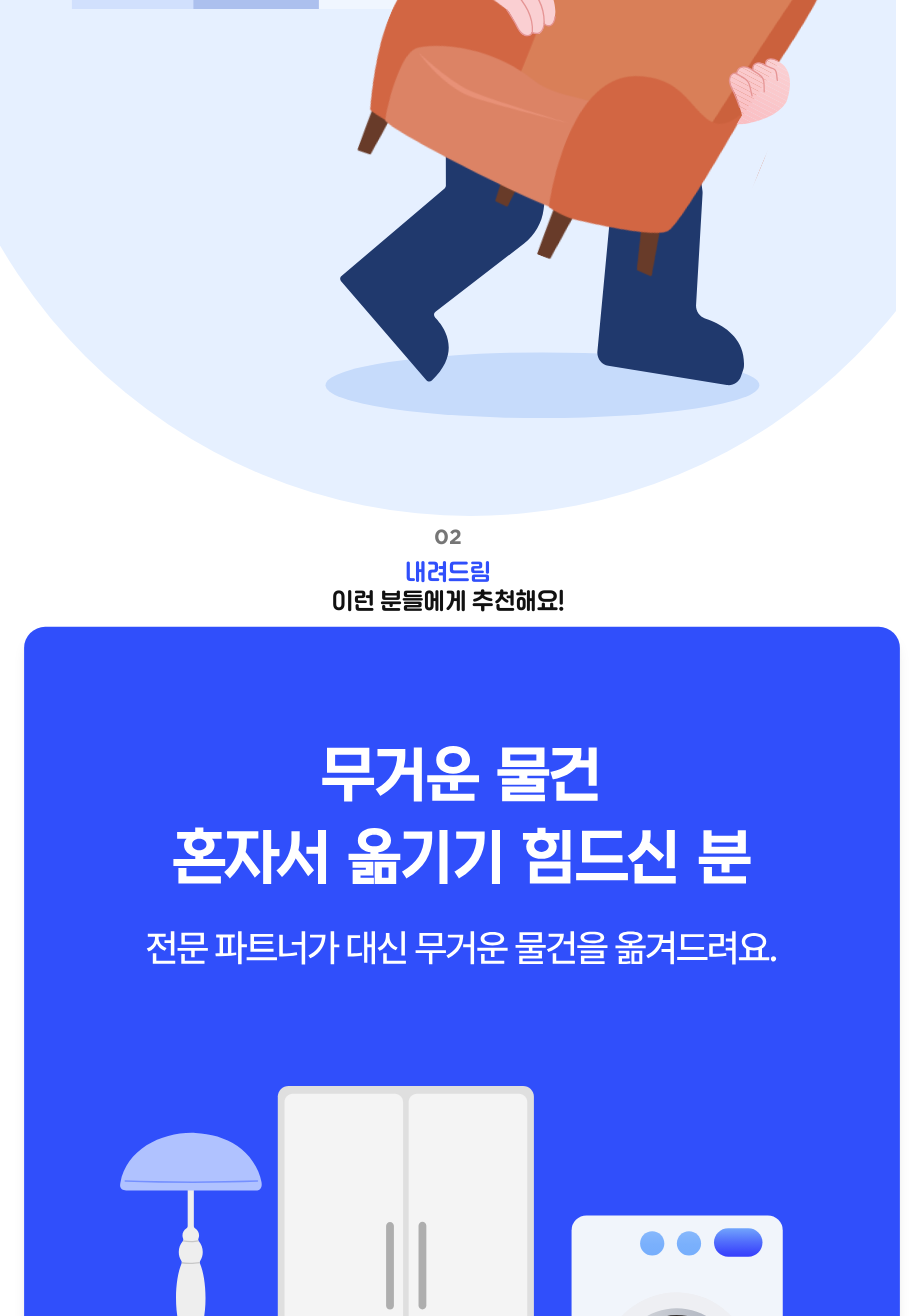
Repository: seraLeeDev/lgthinq-test
Page: index2.html
An editor plug-in stored every save of this project. The page is shown before and after the next save, followed by the edit.
The browser window is 1280 px wide. The page is 1320 px wide, then 1280 px, so the pictures cover 1320 px, including what lies to the right of the window. The pictures show the part of the page from y = 4620 to 6500 px (the page is 15135 px tall), at 70% of full size.
Some web fonts or font styles are not loaded; a fallback is used.

Above is the page before, as saved 2023-03-14 17:44:36.
Console error: ReferenceError: AOS is not defined

### index2.html
<!DOCTYPE html>
<html lang="ko">
  <head>
    <meta charset="UTF-8" />
    <meta http-equiv="X-UA-Compatible" content="IE=edge" />
    <meta name="viewport" content="width=device-width, initial-scale=1.0" />
    <title>빼기 | 새롭게 버리는 공식</title>
    <link as="style" rel="stylesheet" href="/css/reset.css" />
    <link as="style" rel="stylesheet" href="/css/font.css" />
    <link as="style" rel="stylesheet" href="/css/style.css" />
    <link href="https://unpkg.com/aos@2.3.1/dist/aos.css" rel="stylesheet" />
    <link
      rel="stylesheet"
      href="https://cdn.jsdelivr.net/gh/orioncactus/pretendard@v1.3.5/dist/web/static/pretendard-dynamic-subset.css"
    />
    <link
      rel="apple-touch-icon"
      sizes="57x57"
      href="/icons/apple-icon-57x57.png"
    />
    <link
      rel="apple-touch-icon"
      sizes="60x60"
      href="/icons/apple-icon-60x60.png"
    />
    <link
      rel="apple-touch-icon"
      sizes="72x72"
      href="/icons/apple-icon-72x72.png"
    />
    <link
      rel="apple-touch-icon"
      sizes="76x76"
      href="/icons/apple-icon-76x76.png"
    />
    <link
      rel="apple-touch-icon"
      sizes="114x114"
      href="/icons/apple-icon-114x114.png"
    />
    <link
      rel="apple-touch-icon"
      sizes="120x120"
      href="/icons/apple-icon-120x120.png"
    />
    <link
      rel="apple-touch-icon"
      sizes="144x144"
      href="/icons/apple-icon-144x144.png"
    />
    <link
      rel="apple-touch-icon"
      sizes="152x152"
      href="/icons/apple-icon-152x152.png"
    />
    <link
      rel="apple-touch-icon"
      sizes="180x180"
      href="/icons/apple-icon-180x180.png"
    />
    <link
      rel="icon"
      type="image/png"
      sizes="192x192"
      href="/icons/android-icon-192x192.png"
    />
    <link
      rel="icon"
      type="image/png"
      sizes="32x32"
      href="/icons/favicon-32x32.png"
    />
    <link
      rel="icon"
      type="image/png"
      sizes="96x96"
      href="/icons/favicon-96x96.png"
    />
    <link
      rel="icon"
      type="image/png"
      sizes="16x16"
      href="/icons/favicon-16x16.png"
    />
    <script type="text/javascript" src="/js/index.js"></script>
    <script src="https://unpkg.com/aos@2.3.1/dist/aos.js"></script>
  </head>
  <body>
    <div class="wrapper">
      <!-- 메인 -->
      <article class="article-box">
        <div class="box-img-full">
          <img src="./img/[LG ThinQ] main img.gif" alt="내려드림,할인드림" />
        </div>
        <div class="main-notice">
          <p>광명 푸르지오 센트베르에 거주하시는 분들에게만 적용됩니다.</p>
        </div>
      </article>
      <!-- ThinQ & 빼기 설명 -->
      <article></article>
      <!-- 내려드림 소개 -->
      <article>
        <!-- 01. 내려드림 서비스란? -->
        <section>
          <div class="box-content sec1">
            <b class="index text-blue-04-variation">01</b>
            <h2 class="GGothic h2">내려드림 서비스란?</h2>
            <p class="section-desc">
              빼기의 전문 파트너가 고객님의 집에 방문하여<br />
              대형 가전/가구와 같은 물품을<br />
              건물 밖으로 운반해주는 서비스에요.
            </p>
            <small class="section-caption text-blue-03"
              >*수거필증 구매 및 배출신고는 제외</small
            >
          </div>
          <div class="box-img-bubble">
            <img
              src="/img/01_bubble.svg"
              alt="빼기 파트너가 옮겨드려요 말풍선"
            />
          </div>
          <div class="box-img-full">
            <img src="/img/01_illust.svg" alt="사람이 물건을 옮기는 일러스트" />
          </div>
        </section>
        <!-- 02. 내려드림 추천 -->
        <section>
          <div class="box-content">
            <b class="index text-gray76">02</b>
            <h2 class="GGothic h2">
              <span class="text-blue-02">내려드림</span><br />
              이런 분들에게 추천해요!
            </h2>
          </div>

          <ul class="img-card-list">
            <li>
              <img src="./img/02_illust_1.svg" alt="무거운 물건 일러스트" />
            </li>
            <li>
              <img src="./img/02_illust_2.svg" alt="저렴한 가격 일러스트" />
            </li>
            <li>
              <img src="./img/02_illust_3.svg" alt="카드 결제 일러스트" />
            </li>
          </ul>
        </section>
        <!-- 03. 가격 설명 -->
        <section class="bg-receipt">
          <div class="box-content">
            <b class="index text-blue-04">03</b>
            <h2 class="GGothic h2">
              타 업체보다 <br /><span class="text-blue-etc text-highlight"
                >평균 40% 저렴</span
              >해요!
            </h2>
            <p class="section-desc">
              타 업체 견적가 데이터 기준으로<br />
              비교한 금액이에요.
            </p>
          </div>
          <ul class="img-card-list">
            <li>
              <img src="./img/03_illust_1.svg" alt="2인용 소파 가격 그래프" />
            </li>
            <li>
              <img src="./img/03_illust_2.svg" alt="2단 서랍장 가격 그래프" />
            </li>
          </ul>
        </section>
        <!-- 04. 내려드림 신청 방법 -->
        <section class="bg-blue02">
          <div class="box-content">
            <b class="index text-blue-04">04</b>
            <h2 class="GGothic h2 text-white">내려드림 신청 방법</h2>

            <div>
              <span class="box-chip GGothic text-white bg-orange02 font-normal"
                >신청 전 확인하기</span
              >
              <p class="text-white section-desc sec4">
                <span class="text-yellow"
                  >이벤트 페이지에서 앱으로 설치·이동 후 <br />회원가입</span
                >을 해주세요
              </p>
            </div>
            <div class="bg-indigo box-caution">
              <small class="text-indigo text-caution"
                >이벤트 페이지를 통하지 않으면 할인 혜택을 받기 어려워요.<br />
                꼭! 이벤트 페이지를 통해 빼기 앱을 설치해주세요.</small
              >
            </div>
            <div>
              <span class="box-chip GGothic text-white bg-lightblue Gotham"
                >STEP 01</span
              >
              <p class="text-white section-desc sec4">
                메인 - 대형폐기물 탭 - 대신 버려주세요
              </p>
            </div>

            <div>
              <span class="box-chip GGothic text-white bg-lightblue Gotham"
                >STEP 02</span
              >
              <p class="text-white section-desc sec4">
                물품 정보 입력 후 신청페이지에서<br />
                배출물품을 내려놓을 장소를 입력해주세요.
              </p>
            </div>
            <div>
              <span class="box-chip GGothic text-white bg-lightblue Gotham"
                >STEP 03</span
              >
              <p class="text-white section-desc sec4">
                파트너님이 방문해서<br />
                지정하신 장소에 물품을 내려드려요.
              </p>
            </div>
            <div>
              <span class="box-chip GGothic text-white bg-lightblue Gotham"
                >STEP 04</span
              >
              <p class="text-white section-desc sec4">
                작업 완료 후 고객님이<br />
                수거필증을 구매해주셔야해요.
              </p>
            </div>
            <div>
              <span class="box-chip GGothic text-white bg-lightblue Gotham"
                >STEP 05</span
              >
              <p class="text-white section-desc sec4">
                수거필증 결제 후 제공되는 빼기 번호를<br />
                배출 물품에 떨어지지 않도록 부착해주세요.
              </p>
            </div>
          </div>
        </section>
      </article>
      <!-- 05 : 자주묻는 질문-->
      <article class="bg-black">
        <section>
          <div class="box-content">
            <b class="index text-blue-02">05</b>
            <h2 class="GGothic h2 text-white">자주 묻는 질문</h2>
            <p class="section-desc text-grayb9">
              내려드림과 관련한<br />
              자주 묻는 질문을 정리해뒀어요.
            </p>
          </div>

          <ul class="faq-list">
            <li>
              <div class="faq-head">
                <h5 class="font-bold text-question">Q. 내려드림이 뭐에요?</h5>
                <i class="btn-faq-toggle">
                  <img src="/img/icon_plus_24_black.svg" alt="플러스 버튼" />
                </i>
              </div>
              <p class="text-answer font-normal">
                내려드림이란 빼기의 전문 파트너가 고객님의 집에 방문하여 대형
                가전/가구와 같은 물품을 건물 밖으로 운반해주는 서비스입니다.
              </p>
            </li>
            <li>
              <div class="faq-head">
                <h5 class="font-bold text-question">
                  Q. 수거 필증을 왜 구매해야 하나요?
                </h5>
                <i class="btn-faq-toggle">
                  <img src="/img/icon_plus_24_black.svg" alt="플러스 버튼" />
                </i>
              </div>
              <p class="text-answer font-normal">
                지자체에서 발급되는 수거필증을 구매해야만 내려드림으로 신청하신
                물품이 수거가 됩니다.
              </p>
            </li>
            <li>
              <div class="faq-head">
                <h5 class="font-bold text-question">
                  Q. ThinQ 회원 5% 할인은 어떻게 받나요?
                </h5>
                <i class="btn-faq-toggle">
                  <img src="/img/icon_plus_24_black.svg" alt="플러스 버튼" />
                </i>
              </div>
              <p class="text-answer font-normal">
                이벤트 페이지 내 버튼을 통하여 빼기 앱 설치 후 광명 푸르지오
                센트베르 거주자에 한하여 할인 혜택이 적용됩니다.
              </p>
            </li>
            <li>
              <div class="faq-head">
                <h5 class="font-bold text-question">
                  Q. 일정 변경이 가능한가요?
                </h5>
                <i class="btn-faq-toggle">
                  <img src="/img/icon_plus_24_black.svg" alt="플러스 버튼" />
                </i>
              </div>
              <p class="text-answer font-normal">
                파트너 매칭 전에는 일정 변경이 언제든 가능하며, 파트너 매칭 후
                일정 변경을 희망하실 경우, 매칭 된 빼기 파트너와 직접 일정을
                협의하셔야 합니다.
              </p>
            </li>
            <li>
              <div class="faq-head">
                <h5 class="font-bold text-question">Q. 그 외 질문</h5>
                <i class="btn-faq-toggle">
                  <img src="/img/icon_plus_24_black.svg" alt="플러스 버튼" />
                </i>
              </div>
              <div>
                <p class="text-answer font-normal">
                  빼기 FAQ 페이지에서 더 많은 질문을 확인할 수 있습니다.
                </p>
                <a class="btn-faq-link">다른 질문 확인하기</a>
              </div>
            </li>
          </ul>
        </section>
        <footer>
          <div class="box-img-full">
            <img src="/img/banner.svg" alt="내려드림 이동 배너" />
          </div>
          <div class="footer-logo">
            <p class="text-white">새롭게 버리는 공식</p>
            <img src="/img/bbegi_app_logo.svg" alt="빼기 로고" />
          </div>
        </footer>
      </article>
      <!-- 플로팅 버튼 -->
      <div class="box-float">
        <button class="btn-float font-bold">빼기 바로가기</button>
      </div>
    </div>
  </body>
</html>

### css/font.css
@charset "UTF-8";

@font-face {
  font-family: "Pretendard";
  src: url("https://cdn.jsdelivr.net/gh/orioncactus/pretendard@v1.3.5/dist/web/static/pretendard-dynamic-subset.css");
}

@font-face {
  font-family: "HGSoftGGothicssi";
  font-style: normal;
  font-weight: 100;
  src: url(/font/HGSoftGGothicssi-00g.woff2) format("woff2"),
    url(/font/HGSoftGGothicssi-00g.woff) format("woff"),
    url(/font/HGSoftGGothicssi-00g.otf) format("opentype");
}

@font-face {
  font-family: "HGSoftGGothicssi";
  font-style: normal;
  font-weight: 200;
  src: url(/font/HGSoftGGothicssi-20g.woff2) format("woff2"),
    url(/font/HGSoftGGothicssi-20g.woff) format("woff"),
    url(/font/HGSoftGGothicssi-20g.otf) format("opentype");
}

@font-face {
  font-family: "HGSoftGGothicssi";
  font-style: normal;
  font-weight: 400;
  src: url(/font/HGSoftGGothicssi-40g.woff2) format("woff2"),
    url(/font/HGSoftGGothicssi-40g.woff) format("woff"),
    url(/font/HGSoftGGothicssi-40g.otf) format("opentype");
}

@font-face {
  font-family: "HGSoftGGothicssi";
  font-style: normal;
  font-weight: 600;
  src: url(/font/HGSoftGGothicssi-60g.woff2) format("woff2"),
    url(/font/HGSoftGGothicssi-60g.woff) format("woff"),
    url(/font/HGSoftGGothicssi-60g.otf) format("opentype");
}

@font-face {
  font-family: "HGSoftGGothicssi";
  font-style: normal;
  font-weight: 800;
  src: url(/font/HGSoftGGothicssi-80g.woff2) format("woff2"),
    url(/font/HGSoftGGothicssi-80g.woff) format("woff"),
    url(/font/HGSoftGGothicssi-80g.otf) format("opentype");
}

@font-face {
  font-family: "HGSoftGGothicssi";
  font-style: normal;
  font-weight: 900;
  src: url(/font/HGSoftGGothicssi-90g.woff2) format("woff2"),
    url(/font/HGSoftGGothicssi-90g.woff) format("woff"),
    url(/font/HGSoftGGothicssi-90g.otf) format("opentype");
}

@font-face {
  font-family: "Gotham";
  font-style: normal;
  font-weight: 700;
  src: url(/font/Gotham-Bold.woff2) format("woff2"),
    url(/font/Gotham-Bold.woff) format("woff"),
    url(/font/Gotham-Bold.otf) format("opentype");
}

### css/style.css
@charset "UTF-8";
/*
*
* TYPOGRAPHY
*
*/
html,
body,
.wrapper {
  font-family: "Pretendard", sans-serif !important;
  font-size: 10px; /*1rem: 10px*/
}
.GGothic {
  font-family: "HGSoftGGothicssi", sans-serif !important;
}
.Gotham {
  font-family: "Gotham", sans-serif !important;
}
.font-normal {
  font-weight: 400 !important;
}
.font-semiBold {
  font-weight: 600 !important;
}
.font-bold {
  font-weight: 800 !important;
}
.font-extraBold {
  font-weight: 900 !important;
}
.index {
  font-family: "Gotham", sans-serif !important;
  font-size: 6rem;
}
.h2 {
  margin-bottom: 12px;
  text-align: center;
  font-size: 7rem !important;
  line-height: 0.6;
  color: #111;
}
.section-desc {
  font-size: 1.8rem;
  line-height: 1.3;
  color: #6a6a6a;
  letter-spacing: -0.5px;
}
.section-caption {
  display: inline-block;
  margin-top: 22px;
  font-size: 13px;
}
.text-gray-01 {
  color: #111111 !important;
}
.text-blue-02 {
  color: #304ffb !important;
}
.text-blue-03 {
  color: #5980f9 !important;
}
.text-blue-04 {
  color: #8fb5ff !important;
}
.text-blue-04-variation {
  color: #98c1ff !important;
}
.text-blue-etc {
  color: #2285fa !important;
}
.text-indigo {
  color: #9aa9ff !important;
}
.text-white {
  color: #fff;
}
.text-grayb9 {
  color: #b9b9b9 !important;
}
.text-gray76 {
  color: #767676 !important;
}
.text-yellow {
  color: #ffed8f !important;
}
.index {
  margin-bottom: 15px;
}
.text-caution {
  font-size: 1.2rem;
  line-height: 1.2;
}
.text-question {
  font-size: 1.8rem;
}
.text-answer {
  width: 90%;
  margin-top: 20px;
  font-size: 1.6rem;
  line-height: 1.2;
}
.text-answer::before {
  content: "•";
  padding-right: 5px;
}
/*
*
* COMMON
*
*/

.box-img-full {
  width: 100%;
}
.box-img-full img {
  width: 100%;
  vertical-align: bottom;
}
.box-content {
  width: 100%;
  text-align: center;
}
.box-content .sec1 {
  padding: 90px 54px 0;
}
.box-caution {
  padding: 40px;
}
.box-float {
  position: fixed;
  bottom: 135px;
  display: flex;
  justify-content: center;
  align-items: center;
  width: 100%;
  height: 75px;
}
.box-chip {
  padding: 0.5rem 1.5rem;
  font-size: 2.8rem;
  font-weight: 700;
  border-radius: 50px;
  color: white;
  text-align: center;
  letter-spacing: 0;
}
.bg-orange02 {
  background-color: #f78752 !important;
}
.bg-lightblue {
  background-color: #7d9aff !important;
}
.bg-blue02 {
  background-color: #304ffb !important;
}
.bg-indigo {
  background-color: #192250 !important;
}
.bg-black {
  background-color: #262626 !important;
}
.img-card-list {
  width: 100%;
  padding: 0 20px;
}
.img-card-list li img {
  width: 100%;
}
/* article 1 style */
.main-notice {
  width: 100%;
  padding: 10px 0;
  background: #0e1222;
}
.main-notice p {
  width: 100%;
  text-align: center;
  font-size: 1.2rem;
  color: #fff;
}

.box-img-bubble {
  width: 150px;
}
.box-img-bubble img {
  width: 100%;
}

/* article 2 style */
/* article 3 style */
.text-highlight {
  padding: 0 5px;
  background: url(/img/marker_line.svg) no-repeat 50% 120%;
  background-size: 100%;
}
/* article 4 style */
.section-desc .sec4 {
  letter-spacing: -0.3px;
  font-weight: 400;
}
/* article 5 style */
.faq-list {
  padding: 0 24px;
  color: #b9b9b9;
}
.faq-list li {
  padding: 30px 0;
  border-bottom: 1px solid #666666;
}
.faq-list li:last-child {
  border-bottom: none;
}
.faq-head {
  display: flex;
  justify-content: space-between;
  align-items: center;
  width: 100%;
}
/* footer */
.footer-logo {
  display: flex;
  flex-direction: column;
  justify-content: center;
  align-items: center;
  padding: 70px 0;
}
.footer-logo p {
  font-size: 1.8rem;
  margin-bottom: 10px;
}
.footer-logo img {
  width: 100px;
}
/*
*
*BUTTON
*
*/
.btn-faq-toggle {
  display: flex;
  justify-content: center;
  align-items: center;
  width: 40px;
  height: 40px;
}
.btn-faq-toggle img {
  display: block;
  width: 18px;
  height: 18px;
}
.btn-faq-link {
  display: inline-block;
  padding: 10px 15px;
  margin-top: 18px;
  border: 1px solid #b9b9b9;
  font-size: 1.6rem;
  border-radius: 50px;
}
.btn-float {
  width: 80%;
  height: 100%;
  margin: 0 auto;
  font-size: 2.4rem;
  color: white;
  background: #1331d9;
  border-radius: 50px;
  border: none;
  outline: none;
  box-shadow: 0px 10px 20px -5px rgba(0, 0, 0, 0.2);
}

Loaded but not shown: css/reset.css (common file); js/index.js (common file)

After the next save:
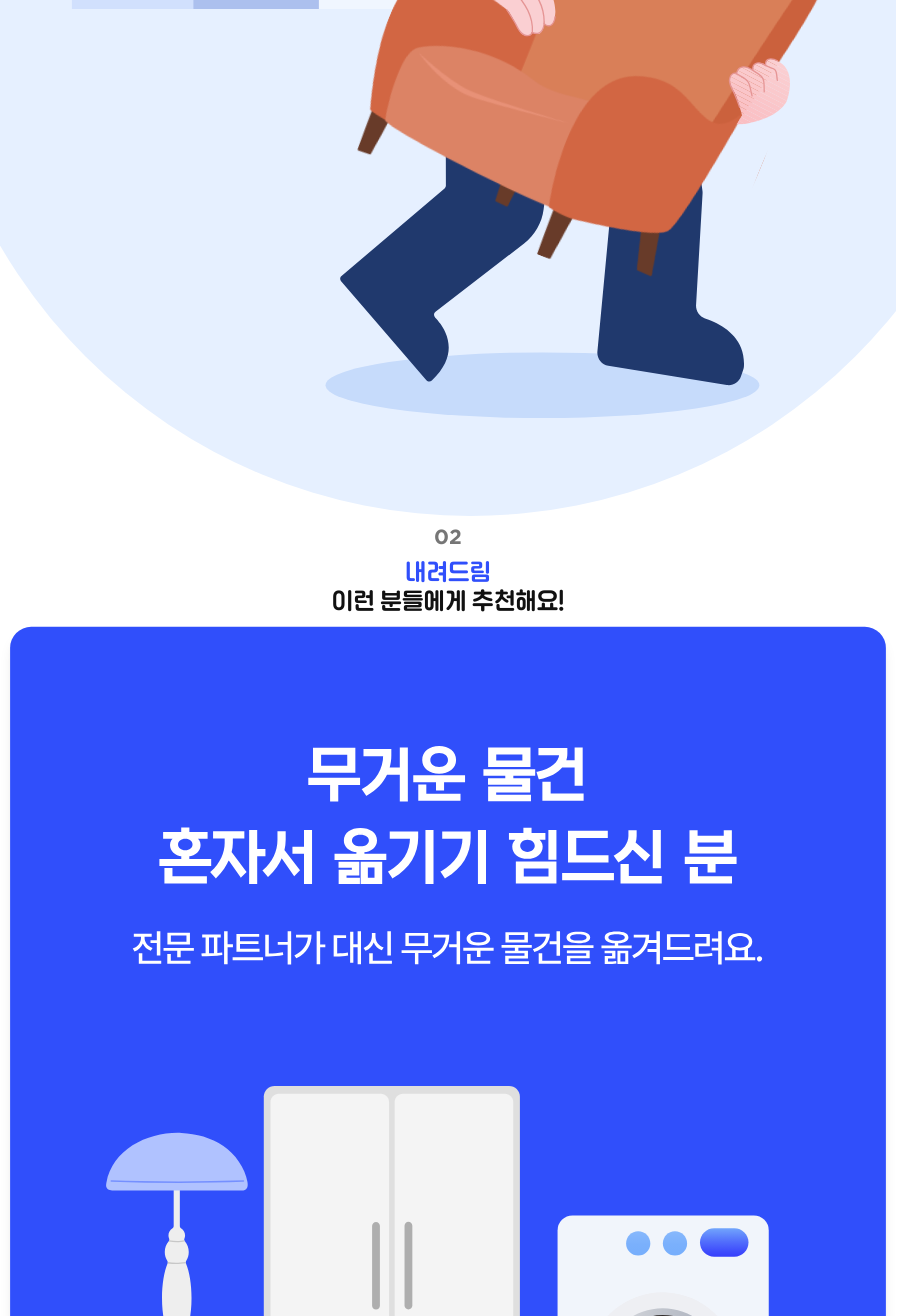
Saved 26 s later.
--- a/css/style.css
+++ b/css/style.css
@@ -161,7 +161,6 @@ body,
 }
 .img-card-list {
   width: 100%;
-  padding: 0 20px;
 }
 .img-card-list li img {
   width: 100%;
